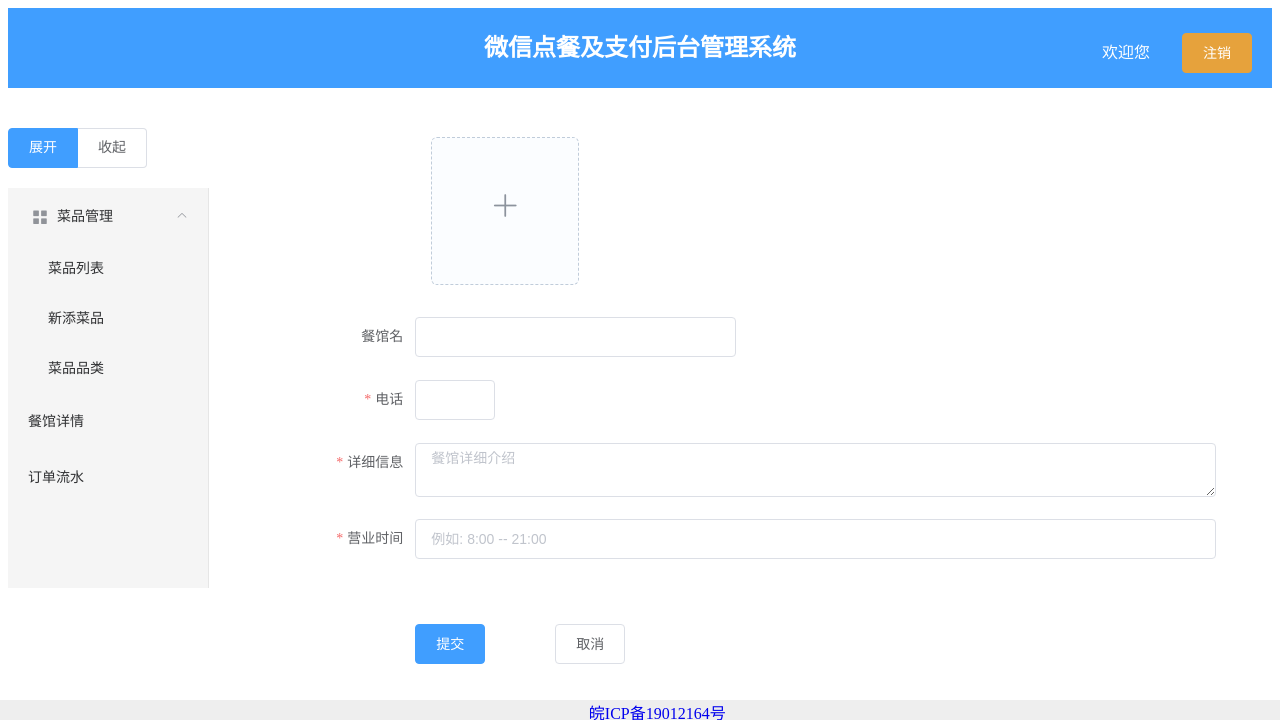
Repository: align-shi/order-web
Page: /pointpayment/hotelTable
The author's editor kept a copy of each file at every save. The page is drawn from the files as they stood at one save, then again after the next save.
The browser window is 1280 px wide. The pictures show the whole page.
The page's requests for data from a server got no answer. The project was rebuilt for these pictures with package versions that can differ from the ones it lists, and the page was loaded fresh each time. No one was signed in, and anything a server would have sent is missing. Also part of the build but not shown: src/pages/login.vue.

Above is the page before, as saved 2020-03-11 21:03:02.

### index.html
<!DOCTYPE html>
<html>
  <head>
    <meta charset="utf-8">
    <meta name="viewport" content="width=device-width,initial-scale=1.0">
    <title>pointpayment_ele</title>
  </head>
  <body>
    <div id="app"></div>
    <!-- built files will be auto injected -->
  </body>
  <div style="position: fixed;left: 0px;bottom: 0px;width: 100%;height:20px;background-color: #eee;">
    <a href="http://www.beian.miit.gov.cn" target="_blank" style="margin-left: 46%">皖ICP备19012164号</a>
  </div>
</html>

### src/App.vue
<template>
  <div id="app">
    <transition name="fade" mode="out-in">
			<router-view></router-view>
		</transition>
  </div>
</template>

<script>
export default {
  name: 'App'
}
</script>

<style>
  .header{
    background-color: #409EFF;
    color: white;
    text-align: center;
  }
</style>

### src/pages/main.vue
<template>
    <div>
        <el-container>
            <el-header class="header" height="80px">
                <headers></headers>
            </el-header>
            <el-main>
                <!-- <span v-if="!user" class="loginFont">
                        <el-button type="success"  @click="login">点击登录</el-button>
                </span>   -->
                <div class="centerContent">
                    <transition name="fade" mode="out-in">
						<router-view></router-view>
					</transition>
                </div>

            </el-main>

            <el-aside>
                    <navMenuVue></navMenuVue>
            </el-aside>

        </el-container>

    </div>
</template>

<script>

    import headers from '../components/header.vue';
    import navMenuVue from '../components/NavMenu.vue';

    export default {

        created:function(){

        },
        methods: {
            login () {
                this.$router.replace('/login')
            },
            logout () {
                this.$store.dispatch('logout').then(() => {
                    this.$router.replace('/login')
                })
            },
            dataPath(){
                this.$router.replace('/dataTable')
            },
            getStatus (urlStr) {
                var urlStrArr = urlStr.split('/')
                return urlStrArr[urlStrArr.length - 1]
            }
        },

        computed: {
            user () {
                return this.$store.state.user
            }
        },
        components: {
            headers,
            navMenuVue,
            key() {
                return this.$route.name !== undefined? this.$route.name +new Date(): this.$route +new Date()
            }
         },
         watch:{
            '$route' (to, from) {
                // console.log(this.getStatus(this.$route.path))
             }
         }
    }
</script>
<style>

    .userContent{
        position: relative;
        top: -50px;
        float: right;
    }
    .centerContent{
        position: absolute;
        top: 19%;
        left:15%;
        width:80%;
    }
    .loginFont{
        top: 30%;
        position: absolute;
        left:46%;
    }
</style>

### src/components/createMenu.vue
<template>
    <div class="form">
          <el-upload
            class="upload"
            action=""
            list-type="picture-card"
            :on-preview="handlePictureCardPreview"
            :on-remove="handleRemove"
            :limit = 1
            :before-upload="UpladFile"
            >
            <!--  :on-change="saveFile"  :auto-upload="false"  :on-change="saveFile" :auto-upload="false" :before-upload="UpladFile" -->
            <i class="el-icon-plus"></i>
          </el-upload>
          <el-dialog :visible.sync="dialogVisible">
            <img width="100%" :src="dialogImageUrl" alt="">
          </el-dialog>

          <el-form :model="form" label-width="80px" :rules="formRules" ref="form">
            <el-form-item label="菜名" prop="dishes">
              <el-input v-model="form.dishes" auto-complete="off" style="width:40%"></el-input>
            </el-form-item>

            <el-form-item label="价格" prop="price">
              <el-input v-model="form.price" auto-complete="off" style="width:10%"></el-input>
            </el-form-item>

            <el-form-item label="菜品类别" prop="typeId">
              <el-select clearable  v-model="form.typeId" placeholder="菜品类别" autocomplete="off"
                      style="width: 30%">
              <el-option v-for="item in typeList" :key="item.id" :label="item.typeName"
                        :value="item.id"></el-option>
              </el-select>
            </el-form-item>
          </el-form>

        <div class="buttons">
            <el-button type="primary" @click.native="submit" :loading="submitLoading">提交</el-button>
            <el-button @click.native="clean" style="margin-left:5em;">取消</el-button>
        </div>

    </div>
</template>
<script>
    export default {

        data(){
            return{
                file:{},
                dialogVisible:false,
                dialogImageUrl:'',
                fileList:[],        //文件列表
                typeList:[],        //菜品类别表
                form: {             //提交表单
                  dishes:'',
                  price:'',
                  picture:'',
                  typeId:'',
                },
                submitLoading:false,
                uploadingFile:false,
                //表单验证
                formRules: {
                  dishes: [
                    { required: true, message: '请输入菜名', trigger: 'blur' },
                  ],
                  price: [
                    { required: true, message: '请输入价格', trigger: 'blur' },
                  ],
                  typeId:[
                    { required: true, message: '请输入菜品类别', trigger: 'blur' },
                  ],
                },
            }
        },
        created:function(){
            this.getTypeList()
        },
        methods: {
            // saveFile(file){
            //     this.file  = file.raw;
            //     this.fileList = [...this.fileList, this.file];
            // },
            submit(){
                this.$refs.form.validate((valid) => {
					if (valid) {
						this.$confirm('确认提交吗？', '提示', {}).then(() => {
                        this.submitLoading = true;
                        let para = Object.assign({}, this.form);
							// para.publishingDate = (!para.publishingDate || para.publishingDate == '') ? '':util.formatDate.format(new Date(para.publishingDate), 'yyyy-MM-dd');
                            this.submitMenu(para);
						});
					}
				});
            },
            submitMenu:function(para){
                // alert(JSON.stringify(para));
                this.$axios.post('/menu/insert',para).then((res) => {
                    if(res.data!=null){
                        this.$message.success('提交成功');
                    }
                    this.$refs['form'].resetFields();
                    this.editLoading = false;

                }).catch(function(error){
                        console.log(error);
                })
            },
            getTypeList(){
                this.$axios.post('/type/list').then((res) =>{
                this.typeList = res.data;
                })
            },
            handleRemove(file, fileList) {
                console.log(file, fileList);
            },
            handlePictureCardPreview(file) {
                this.dialogImageUrl = file.url;
                this.dialogVisible = true;
            },
            a(){

            },
            UpladFile(file){

                this.fileList = [...this.fileList,file];
                const formData = new FormData();
                var list = this.fileList;
                var that = this;
                list.forEach((file) => {
                    console.log(file);
                    formData.append('files',file);
                });

                formData.append('path','pic');
                this.$axios.post('/file/uploadFile',formData).then((res) => {
                    if(res.data!=null){
                        this.fileList= [];
                        this.form.picture = res.data[0];

                    }
                }).catch(function(error){
                    this.uploadingFile = false;
                })
                this.uploadingFile = false;
            }
        },
        computed: {

        }
    }
</script>
<style>
    .upload{
      margin-left: 6em;
      margin-bottom: 2em;
    }

    .form{
        margin-top:2%;
        margin-left:20%;
    }

    .buttons{
        margin-top:4em;
        margin-left:5em;
    }
</style>

### src/components/orderTable.vue
<template>
    <div>
        <div style="margin-bottom: 1em;">
            <el-col :span="2">
                <el-input v-model="order.tablenumber"  placeholder="请输入桌号名"></el-input>
            </el-col>

            <el-col :span="5" :offset="1">
                <el-input v-model="order.wxaccount"  placeholder="顾客微信名" ></el-input>
            </el-col>
            <el-button @click="search" icon="el-icon-search">搜索</el-button>
        </div>


        <el-table ref="multipleTable" :data="tableData.slice((currentPage-1)*pageSize,currentPage*pageSize)" border style="width: 100%"
            @selection-change="handleSelectionChange" :cell-style="cellStyle" :header-cell-style="rowClass">


            <el-table-column type="expand">
                <template slot-scope="props">
                    <el-form label-position="left" inline class="demo-table-expand">
                        <div>
                            <el-card class="box-card" shadow="hover" v-for="(item,i) in props.row.carts" :key="i"
                                style="float:left;margin-left:1em;margin-bottom:.5em;background-color:#F5F5F5">
                                菜品 : {{item.dishes}}   &#12288;&#12288;单价 : {{item.price}}    &#12288;&#12288;数量 : {{item.quantity}}
                            </el-card>
                        </div>

                    </el-form>
                </template>
            </el-table-column>

            <el-table-column prop="openId" label="用户标识" show-overflow-tooltip width="140"></el-table-column>
            <el-table-column prop="wxaccount" label="顾客微信名" align="center"></el-table-column>
            <el-table-column prop="tablenumber" label="桌号" show-overflow-tooltip width="200"></el-table-column>
            <el-table-column prop="money" label="总额(元)" width="100"></el-table-column>

            <el-table-column label="操作">
            <template slot-scope="scope">
                <el-button type="warning" plain @click="handleChangeStatus(scope.$index, scope.row)" v-show="scope.row.status == 1">
                  请求处理    <i class="el-icon-loading"></i>
                </el-button>
                <div v-show="scope.row.status == 2"> 已处理&#12288;<i class="el-icon-check"></i></div>
                <!-- <i class="el-icon-check" v-show="scope.row.status == 2"></i> -->
            </template>
          </el-table-column>
        </el-table>

        <el-pagination background
            @size-change="handleSizeChange"
            @current-change="handleCurrentChange"
            :current-page="currentPage"
            :page-sizes="[5,10,50, 100]"
            :page-size="pageSize"
            layout="total, sizes, prev, pager, next, jumper"
            :total="total">
        </el-pagination>
    </div>
</template>

<script>
export default {
    data(){
        return {

                total:5,
                currentPage: 1,
　　　　　　　　　pageSize: 5,

                msg:"",//记录每一条的信息，便于取id

                tableData: [],
                multipleSelection: [],
                order:{
                    tablenumber:null,
                    wxaccount:''
                }

        }
    },

    created: function(){
      this.getPackData();
    },

    mounted() {
			this.getPackData();
    },
    methods: {

      getPackData() {

        this.$axios({
            method: 'post',
            url: '/order/getListBy',
            data:{}
        }).then((res) => {
            this.tableData = res.data;
            this.total=this.tableData.length;
            // alert(JSON.stringify(res.data));
        }).catch(function(error){
            console.log(error);
        })

      },
      search(){
        this.$axios({
            method: 'post',
            url: '/order/getListBy',
            data:this.order
        }).then((res) => {
            this.tableData = res.data;
            this.total=this.tableData.length;
            // alert(JSON.stringify(res.data));
        }).catch(function(error){
            console.log(error);
        })
      },
      toggleSelection(rows) {
          if (rows) {
              rows.forEach(function(row)  {
                  this.$refs.multipleTable.toggleRowSelection(row);
              });
          } else {
              this.$refs.multipleTable.clearSelection();
          }
      },
      handleSelectionChange(val) {
          this.multipleSelection = val;
      },
      callbackFunction(result) {
                alert(result + "aaa");
            },
      handleSizeChange(val){
        this.pageSize = val;
        this.currentPage = 1;
        // this.fetchData(1, val);
        // console.log(`每页 ${val} 条`);
      },
      handleCurrentChange(val){
        this.currentPage = val;
        // this.fetchData(val, this.pageSize);
        // console.log(`当前页: ${val}`);
      },
      cellStyle({row,column,rowIndex,columnIndex}){
        return "text-align:center;"
      },
      rowClass({row,rowIndex}){
        return "text-align:center;"
      },

      handleChangeStatus:function(index,row){

        this.$axios({
            method: 'post',
            url: '/order/handleOrder',
            params:{id:row.id}
        }).then((res) =>{
          if(res.data == true){
            this.$message.success('处理成功');
          }
          row.status = 2;
        }).catch(function(error){
          console.log(error)
          that.$message.error('处理失败')
        })

      }

    }

}
</script>
<style>
    .el-table th {
        text-align: center;
    }

    /* .el-table tbody tr td:first-child {
        text-align: center;
    } */
    .upload{
      margin-left: 6em;
      margin-bottom: 2em;
    }
</style>

### src/components/hotelTable.vue
<template>
    <div class="form">

        <el-upload
            class="upload"
            action=""
            list-type="picture-card"
            :on-preview="handlePictureCardPreview"
            :on-remove="handleRemove"
            :limit = 1
            :before-upload="UpladFile"
            >
            <!--  :on-change="saveFile"  :auto-upload="false"  :on-change="saveFile" :auto-upload="false" :before-upload="UpladFile" -->
            <i class="el-icon-plus"></i>
        </el-upload>
        <el-dialog :visible.sync="dialogVisible">
            <img width="100%" :src="dialogImageUrl" alt="">
        </el-dialog>

        <el-form :model="form" label-width="80px" :rules="formRules" ref="form">
            <el-form-item label="餐馆名" prop="name">
                <el-input v-model="form.dishes" auto-complete="off" style="width:40%"></el-input>
            </el-form-item>

            <el-form-item label="电话" prop="price">
                <el-input v-model="form.price" auto-complete="off" style="width:10%"></el-input>
            </el-form-item>

            <el-form-item label="详细信息" prop="price">
                <el-input type="textarea" rows="2" placeholder="餐馆详细介绍" v-model="textarea">
                </el-input>
            </el-form-item>

            <el-form-item label="营业时间" prop="price">
                <el-input  placeholder="例如: 8:00 -- 21:00" v-model="textarea">
                </el-input>
            </el-form-item>

        </el-form>

        <div class="buttons">
            <el-button type="primary" @click.native="submit" :loading="submitLoading">提交</el-button>
            <el-button @click.native="clean" style="margin-left:5em;">取消</el-button>
        </div>
    </div>
</template>
<script>
    export default {

        data(){
            return{
                file:{},
                dialogVisible:false,
                dialogImageUrl:'',
                fileList:[],        //文件列表
                typeList:[],        //菜品类别表
                form: {             //提交表单
                  dishes:'',
                  price:'',
                  picture:'',
                  typeId:'',
                },
                submitLoading:false,
                uploadingFile:false,
                //表单验证
                formRules: {
                  dishes: [
                    { required: true, message: '请输入菜名', trigger: 'blur' },
                  ],
                  price: [
                    { required: true, message: '请输入价格', trigger: 'blur' },
                  ],
                  typeId:[
                    { required: true, message: '请输入菜品类别', trigger: 'blur' },
                  ],
                },
            }
        },
        created:function(){
            this.getTypeList()
        },
        methods: {
            // saveFile(file){
            //     this.file  = file.raw;
            //     this.fileList = [...this.fileList, this.file];
            // },
            submit(){
                this.$refs.form.validate((valid) => {
					if (valid) {
						this.$confirm('确认提交吗？', '提示', {}).then(() => {
                        this.submitLoading = true;
                        let para = Object.assign({}, this.form);
							// para.publishingDate = (!para.publishingDate || para.publishingDate == '') ? '':util.formatDate.format(new Date(para.publishingDate), 'yyyy-MM-dd');
                            this.submitMenu(para);
						});
					}
				});
            },
            submitMenu:function(para){
                // alert(JSON.stringify(para));
                this.$axios.post('/menu/insert',para).then((res) => {
                    if(res.data!=null){
                        this.$message.success('提交成功');
                    }
                    this.$refs['form'].resetFields();
                    this.editLoading = false;

                }).catch(function(error){
                        console.log(error);
                })
            },
            getTypeList(){
                this.$axios.post('/type/list').then((res) =>{
                this.typeList = res.data;
                })
            },
            handleRemove(file, fileList) {
                console.log(file, fileList);
            },
            handlePictureCardPreview(file) {
                this.dialogImageUrl = file.url;
                this.dialogVisible = true;
            },
            a(){

            },
            UpladFile(file){

                this.fileList = [...this.fileList,file];
                const formData = new FormData();
                var list = this.fileList;
                var that = this;
                list.forEach((file) => {
                    console.log(file);
                    formData.append('files',file);
                });

                formData.append('path','pic');
                this.$axios.post('/file/uploadFile',formData).then((res) => {
                    if(res.data!=null){
                        this.fileList= [];
                        this.form.picture = res.data[0];

                    }
                }).catch(function(error){
                    this.uploadingFile = false;
                })
                this.uploadingFile = false;
            }
        },
        computed: {

        }
    }
</script>
<style>
    .upload{
      margin-left: 6em;
      margin-bottom: 2em;
    }

    .form{
        margin-top:0%;
        margin-left:14%;
    }

    .buttons{
        margin-top:4em;
        margin-left:5em;
    }
</style>

### src/components/header.vue
<template>
    <div id="header">
        <h2>微信点餐及支付后台管理系统</h2>
        <div class="userContent">
            <span>
                <label>欢迎您</label>&nbsp;&nbsp;&nbsp;{{this.username}}&nbsp;&nbsp;&nbsp;&nbsp;
                <el-button type="warning"  @click="login" style="">注销</el-button>
            </span>
        </div>
    </div>
</template>

<script>
    export default {

        data(){
            return{
                username:''
            }
        },
        created:function(){
            this.username=this.getUserName();
        },
        methods: {
            login () {
                this.$router.replace('/login')
            },
            logout () {
                this.$store.dispatch('logout').then(() => {
                    this.$router.replace('/login')
                })
            },
            dataPath(){
                this.$router.replace('/dataTable')
            },
            getUserName(){
                if (document.cookie.length > 0) {
                    var arr = document.cookie.split('; '); //这里显示的格式需要切割一下自己可输出看下
                    for (var i = 0; i < arr.length; i++) {
                        var arr2 = arr[i].split('='); //再次切割
                        if (arr2[0] == 'userName') {
                            return arr2[1];
                        }
                    }
                }
            }
        },
        computed: {
            user () {
                return this.$store.state.user
            }
        }
    }
</script>
<style>
    .userContent{
        position: relative;
        top: -40px;
        float: right;
    }
</style>

### src/components/NavMenu.vue
<template>
    <div id="navMenu">
        <el-radio-group v-model="isCollapse" style="margin-bottom: 20px;">
            <el-radio-button :label="false">展开</el-radio-button>
            <el-radio-button :label="true">收起</el-radio-button>
        </el-radio-group>

         <el-menu default-active="1" class="el-menu-vertical-demo"
            @open="handleOpen" @close="handleClose" :collapse="isCollapse" @select="handleSelect" :router="true"
            background-color="#F5F5F5">

            <el-submenu v-for="(item,i) in navList" :key="'1'+i" v-show="item.second" :index="item.name">
                <template slot="title">
                    <i class="el-icon-menu"></i>
                    <span>{{ item.navItem}}</span>
                </template>
                <el-menu-item v-for="(sec,j) in item.second" :key="j" :index="sec.name">{{sec.navItem}}</el-menu-item>
            </el-submenu>

            <el-menu-item v-for="(item,i) in navList" :key="i" v-show="!item.second" :index="item.name">
            {{ item.navItem }}
            </el-menu-item>


        </el-menu>
    </div>
</template>

<script>
    export default {
        data() {
            return {
                isCollapse: false,
                navList:[
                    {name:'/hotelTable',navItem:'餐馆详情'},
                    {name:'/orderTable',navItem:'订单流水'},
                    {name:'1',navItem:'菜品管理',
                        second:[{name:'/menuTable',navItem:'菜品列表'},
                                {name:'/createMenu',navItem:'新添菜品'},
                                {name:'/typeTable',navItem:'菜品品类'}]},
                ]
            };
        },
        created:function(){

        },
        methods: {
            handleOpen(key, keyPath) {
                // console.log(key, keyPath);
            },
            handleClose(key, keyPath) {
                // console.log(key, keyPath);
            },
            handleSelect(key, keyPath) {
                // console.log(key, keyPath);
                this.$router.push(key);
            }
        }
  }
</script>
<style>
    .el-menu-vertical-demo:not(.el-menu--collapse) {
        width: 200px;
        min-height: 400px;
    }
</style>

Loaded but not shown: src/router/index.js (45 lines, source omitted); src/main.js (27 lines, source omitted); src/components/menuTable.vue (352 lines, source omitted); src/components/typeTable.vue (306 lines, source omitted)

After the next save:
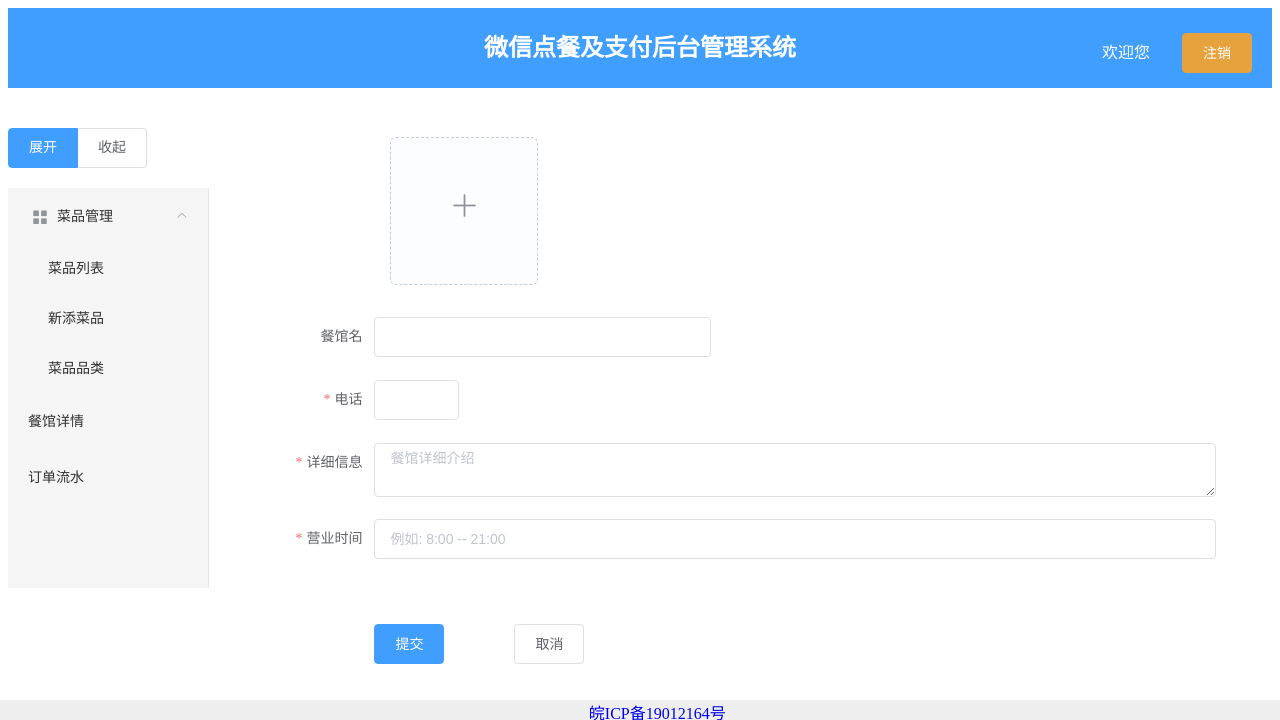
Saved 87 s later.
--- a/src/components/hotelTable.vue
+++ b/src/components/hotelTable.vue
@@ -161,7 +161,7 @@
 
     .form{
         margin-top:0%;
-        margin-left:14%;
+        margin-left:10%;
     }
 
     .buttons{
